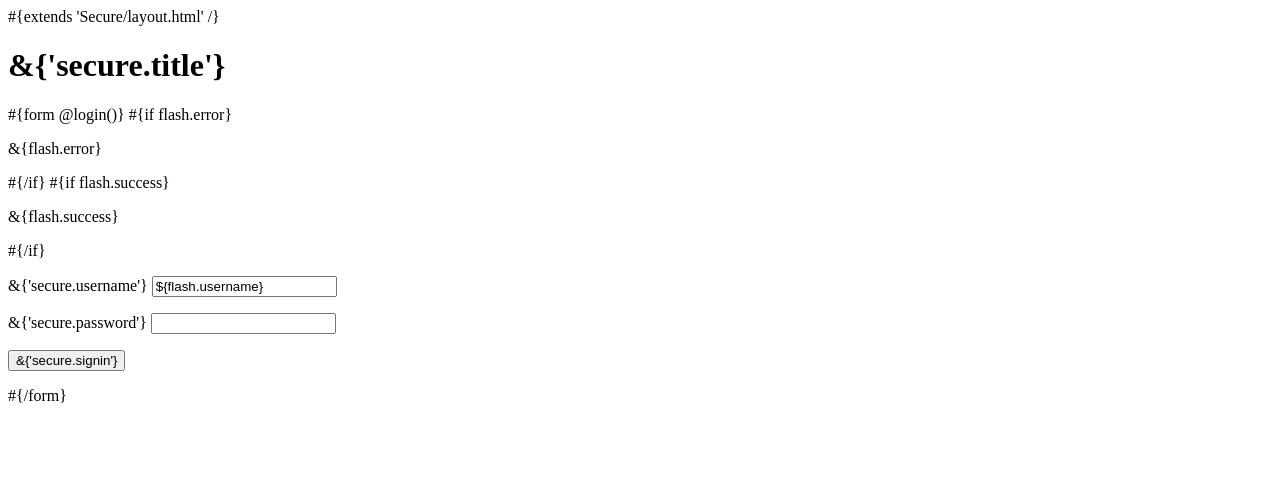
Repository: danilofonte/playframework-tutorial
Page: controleAcesso/app/views/Admin/main.html
An editor plug-in stored every save of this project. The page is shown before and after the next save, followed by the edit.
The browser window is 1280 px wide. The pictures show the whole page.

Above is the page before, as saved 2014-02-05 11:27:01.

### controleAcesso/app/views/Admin/main.html
#{extends 'Secure/layout.html' /}

<div id="login">

	<h1>&{'secure.title'}</h1>

	#{form @login()}

		#{if flash.error}
			<p class="error">
				&{flash.error}
			</p>
		#{/if}
		#{if flash.success}
			<p class="success">
				&{flash.success}
			</p>
		#{/if}

		<p id="username-field">
			<label for="email">&{'secure.username'}</label>
			<input type="text" name="usuario.email" id="email" value="${flash.username}" />
		</p>
		<p id="password-field">
			<label for="password">&{'secure.password'}</label>
			<input type="password" name="usuario.password" id="password" value="" />
		</p>
		<p id="signin-field">
			<input type="submit" id="signin" value="&{'secure.signin'}" />
		</p>
	#{/form}
</div>

After the next save:
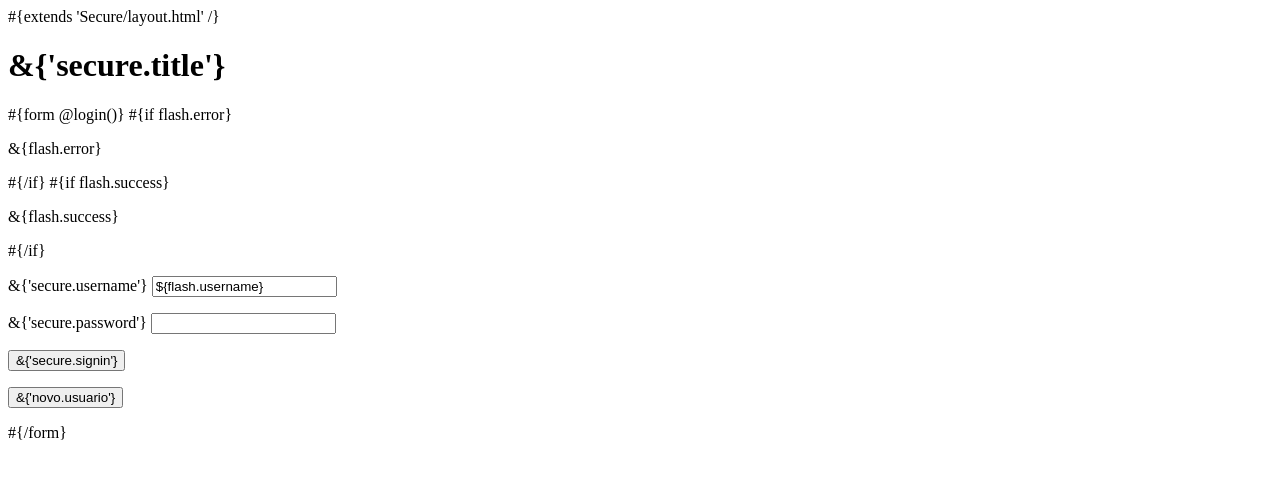
Saved 3 min 17 s later.
--- a/controleAcesso/app/views/Admin/main.html
+++ b/controleAcesso/app/views/Admin/main.html
@@ -28,5 +28,8 @@
 		<p id="signin-field">
 			<input type="submit" id="signin" value="&{'secure.signin'}" />
 		</p>
+		<p id="insert-field">
+			<a href="@cadastro()"><input type="button" id="insert" value="&{'novo.usuario'}"/></a>
+		</p>
 	#{/form}
 </div>
